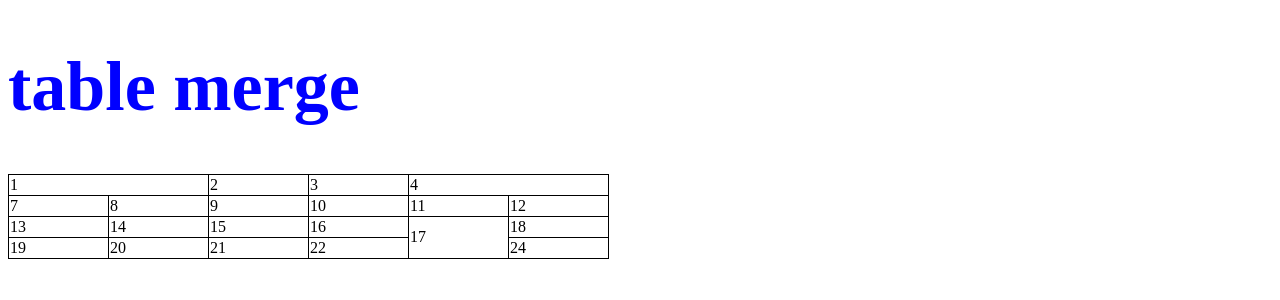
Repository: keeka2/webPractice
Page: MyStudy/HTML_Study/work/0821/WebContent/ex6.html
The author's editor kept a copy of each file at every save. The page is drawn from the files as they stood at one save, then again after the next save.
The browser window is 1280 px wide. The pictures show the whole page.

Above is the page before, as saved 2020-08-21 07:08:21.

After the next save:
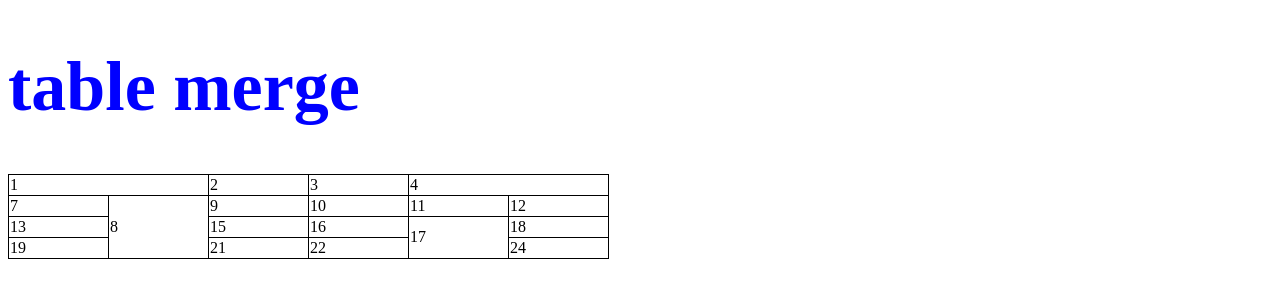
Saved 14 s later.
--- a/MyStudy/HTML_Study/work/0821/WebContent/ex6.html
+++ b/MyStudy/HTML_Study/work/0821/WebContent/ex6.html
@@ -43,14 +43,14 @@
 			</tr>
 			<tr>
 				<td>7</td>
-				<td>8</td>
+				<td rowspan=3>8</td>
 				<td>9</td>
 				<td>10</td>
 				<td>11</td>
 				<td>12</td>
 			<tr>
 				<td>13</td>
-				<td>14</td>
+
 				<td>15</td>
 				<td>16</td>
 				<td rowspan=2>17</td>
@@ -58,7 +58,7 @@
 			</tr>
 			<tr>
 				<td>19</td>
-				<td>20</td>
+
 				<td>21</td>
 				<td>22</td>
 
